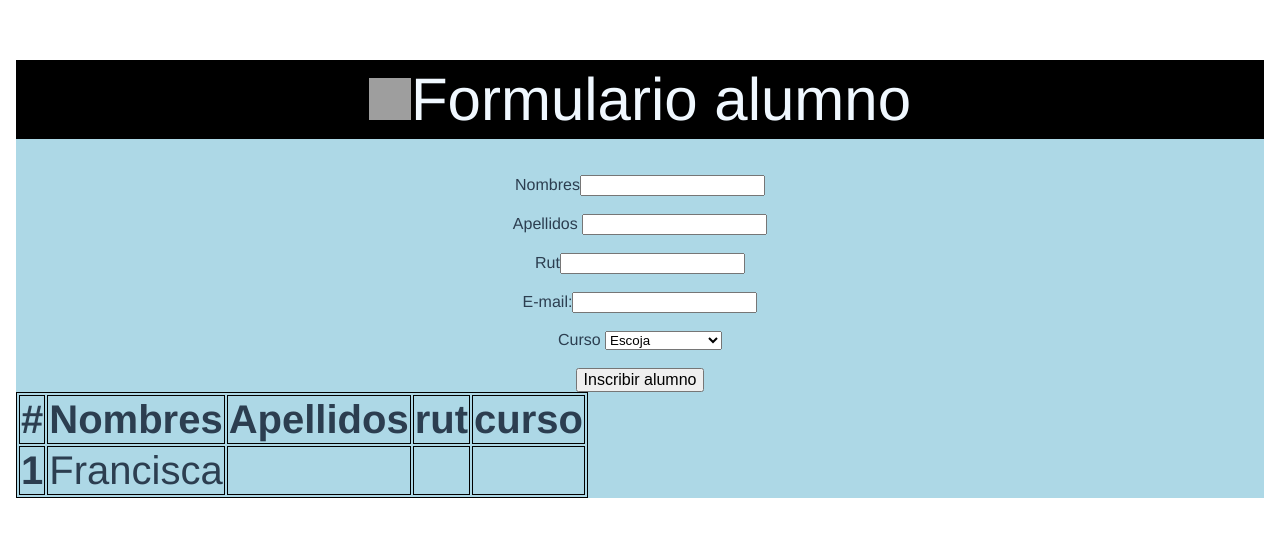
Repository: franciscamanquecheo/Tarea6ET
Page: / (app in my-project/)
The author's editor kept a copy of each file at every save. The page is drawn from the files as they stood at one save, then again after the next save.
The browser window is 1280 px wide. The pictures show the whole page.
Pictures or frames that could not be fetched are drawn as grey boxes. The project was rebuilt for these pictures with package versions that can differ from the ones it lists, and the page was loaded fresh each time. Also part of the build but not shown: my-project/vue.config.js.

Above is the page before, as saved 2022-06-19 23:42:22.

After the next save:
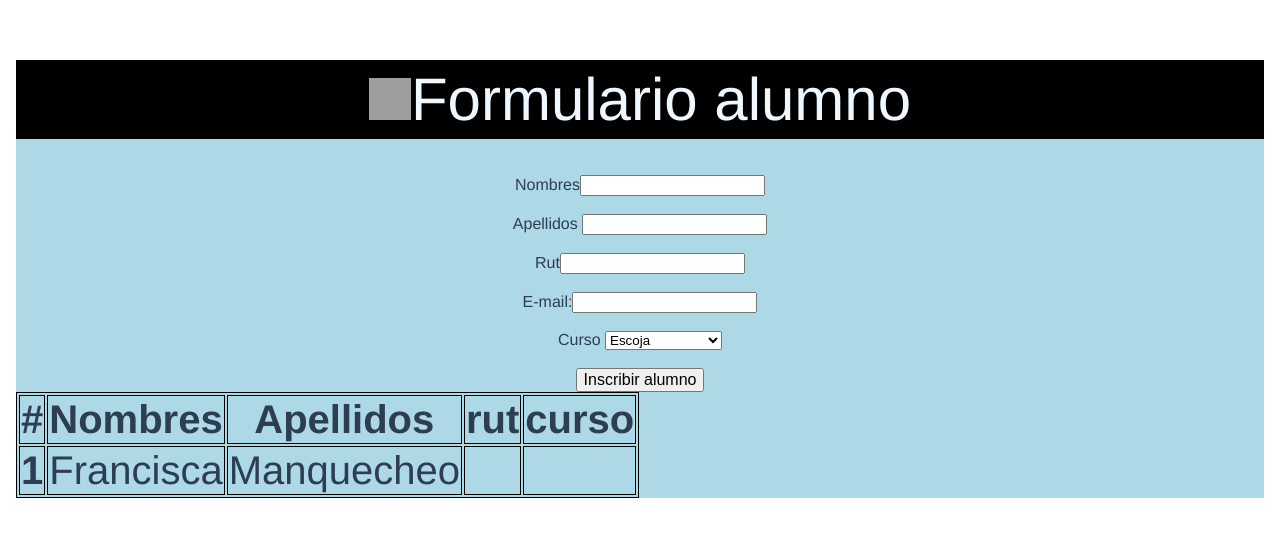
Saved 11 s later.
--- a/my-project/src/components/HelloWorld.vue
+++ b/my-project/src/components/HelloWorld.vue
@@ -55,7 +55,7 @@
     <tr>
       <th scope="row">1</th>
       <td >Francisca</td>
-      <td th:text="${alumno.getpellidos()}"></td>
+      <td>Manquecheo</td>
       <td th:text="${alumno.getrut()}"></td>
       <td th:text="${alumno.getcurso()}"></td>
     </tr>
